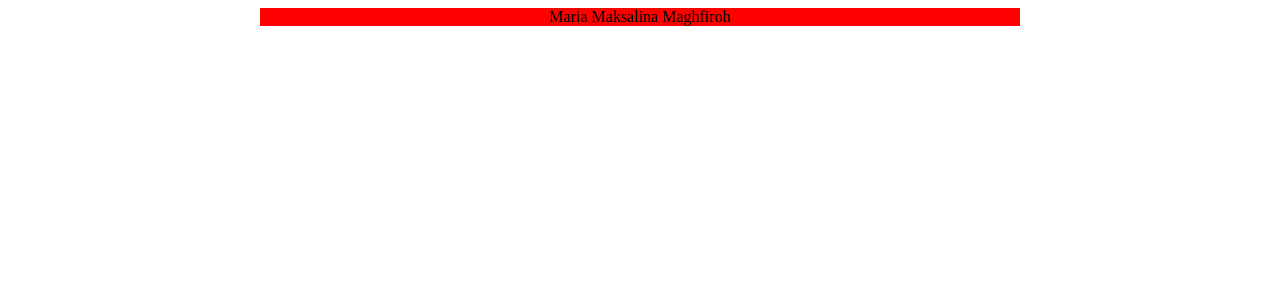
Repository: Bearli-py/latihan_bisdig
Page: index.html
These files come from the project's save history. The page is drawn as it stood at one moment and after the next save; the edit follows.
The browser window is 1280 px wide. The pictures show the whole page.

Above is the page before, as saved 2025-09-09 15:02:58.

After the next save:
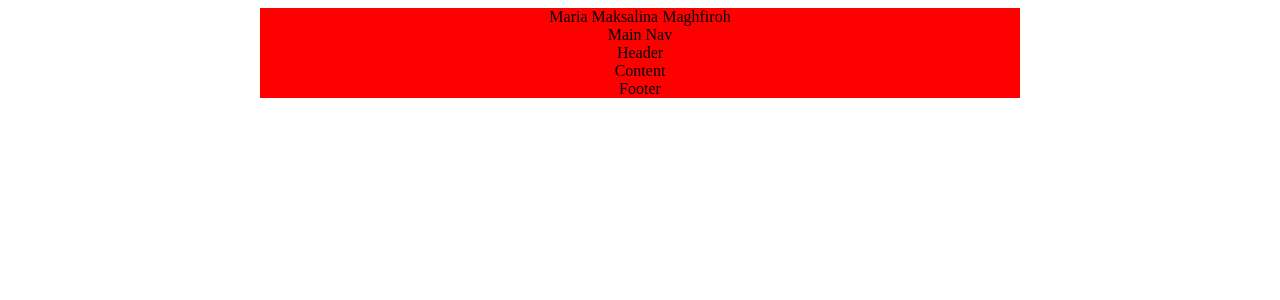
Saved 2 min 38 s later.
--- a/index.html
+++ b/index.html
@@ -9,7 +9,11 @@
 </head>
 <body>
     <div id="page-container"> Maria Maksalina Maghfiroh
+        <div id="main-nav">Main Nav</div>
+        <div id="header">Header</div>
+        <div id="content">Content</div>
+        <div id="footer">Footer</div>
+    </div>
 
-    </div>
 </body>
 </html>
